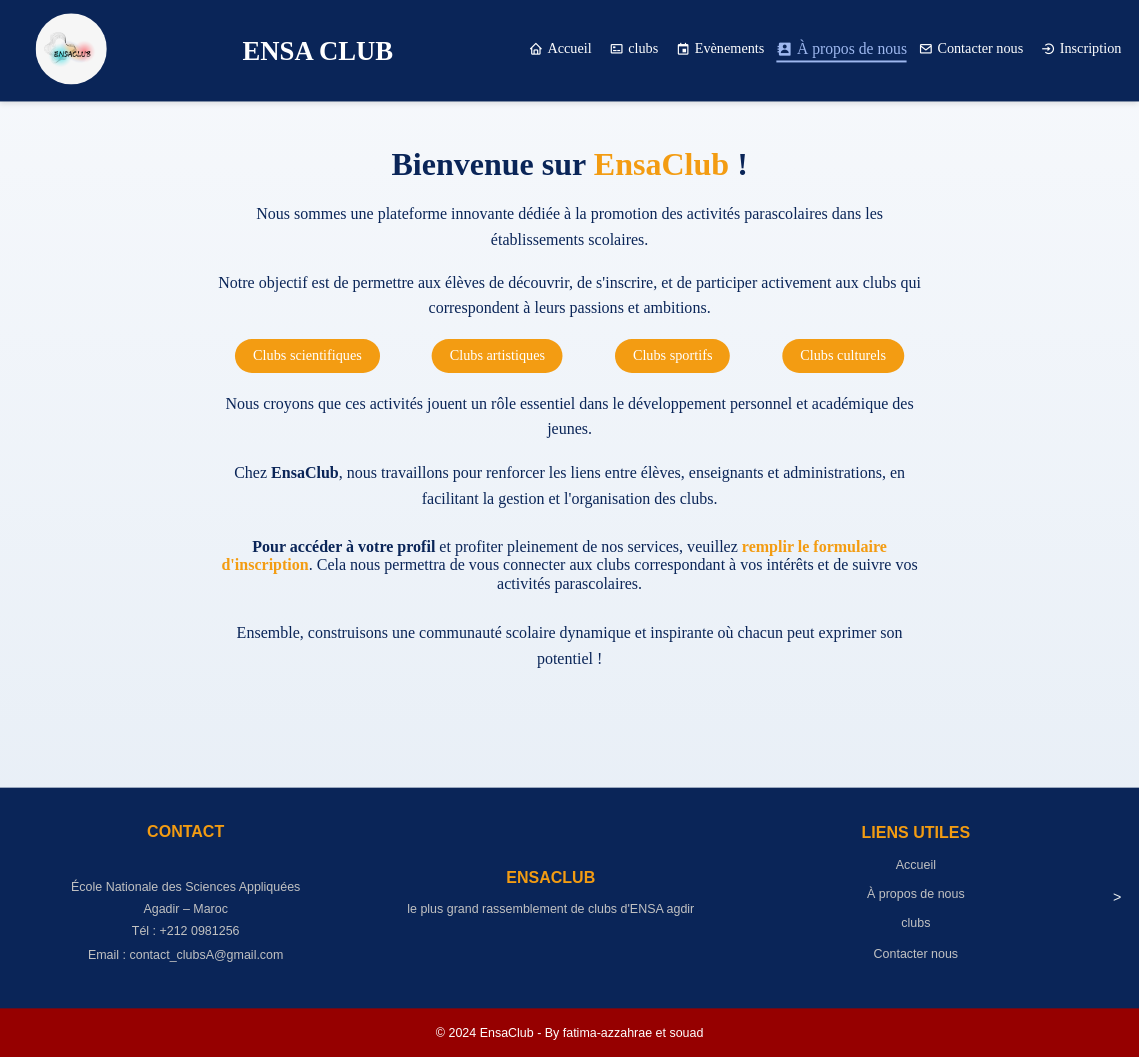
Repository: fati-smart/ENSAclub
Page: propos.html
An editor plug-in stored every save of this project. The page is shown before and after the next save, followed by the edit.
The browser window is 1280 px wide. The pictures show the whole page, at 89% of full size.

Above is the page before, as saved 2024-12-02 19:23:00.

### propos.html
<!DOCTYPE html>
<html lang="fr">

<head>
  <meta charset="UTF-8">
  <meta name="viewport" content="width=device-width, initial-scale=1.0">
  <link href='https://unpkg.com/boxicons@2.1.4/css/boxicons.min.css' rel="stylesheet" />
  <link rel="stylesheet" href="style.css">
  <title>à propos de nous</title>
</head>

<body>
  <header class="header">
    <div><img src="logo.png" alt="logo"></div>
    <div class="titre"><a href="index.html"><p>ENSA CLUB</p></a></div>
    <nav>
      <ul>

        <li><a href="index.html">
          <i class='bx bx-home'></i></i>Accueil</a></li>
          <li><a href="club.html">
            <i class='bx bx-credit-card-front'></i>clubs</a></li>
          <li><a href="evenement.html">
            <i class='bx bx-calendar-event' ></i>Evènements</a></li>
          <li><a href="propos.html" class="active">
            <i class='bx bxs-contact'></i>À propos de nous</a></li>
          <li><a href="Contact.html">
            <i class='bx bx-envelope'></i>Contacter nous</a></li>
          <li><a href="inscrip.html">
            <i class='bx bx-log-in-circle'></i>Inscription</a></li>
      </ul>

    </nav>
</header>

<section class="propos">
  <div class="propos-container">
    <h1 class="propos-title">Bienvenue sur <span>EnsaClub</span> !</h1>
    <p class="propos-intro">
      Nous sommes une plateforme innovante dédiée à la promotion des activités parascolaires dans les établissements scolaires.
    </p>
    <p class="propos-objective">
      Notre objectif est de permettre aux élèves de découvrir, de s'inscrire, et de participer activement aux clubs qui correspondent à leurs passions et ambitions.
    </p>
    <ul class="propos-list">
      <li>Clubs scientifiques</li>
      <li>Clubs artistiques</li>
      <li>Clubs sportifs</li>
      <li>Clubs culturels</li>
    </ul>
    <p class="propos-message">
      Nous croyons que ces activités jouent un rôle essentiel dans le développement personnel et académique des jeunes.
    </p>
    <p class="propos-mission">
      Chez <strong>EnsaClub</strong>, nous travaillons pour renforcer les liens entre élèves, enseignants et administrations,
      en facilitant la gestion et l'organisation des clubs.
    </p>
    <p class="propos-call-to-action">
      <strong>Pour accéder à votre profil</strong> et profiter pleinement de nos services, veuillez
      <a href="inscrip.html" class="propos-link">remplir le formulaire d'inscription</a>. Cela nous permettra de vous connecter
      aux clubs correspondant à vos intérêts et de suivre vos activités parascolaires.
    </p>
    <p class="propos-footer">
      Ensemble, construisons une communauté scolaire dynamique et inspirante où chacun peut exprimer son potentiel !
    </p>
  </div>
</section>


  <footer class="footer">
    <div class="footer-container">
        <div class="footer-content">
          <ul>
            <h3>CONTACT</h3><br />
            <p>École Nationale des Sciences Appliquées<br /> Agadir – Maroc<br />
            Tél : +212 0981256<br />
            Email : contact_clubsA@gmail.com<br />
          </p>
          </ul>
        </div>
        <div class="footer-section-info">
          <ul>
            <h3>EnsaClub</h3>
          <p> le plus grand rassemblement de clubs d'ENSA agdir </p>
          </ul>
        </div>
        <div class="footer-content">
          <h3>Liens utiles</h3>

              <p><a href="index.html">Accueil</a></p>
              <p><a href="propos.html">À propos de nous</a>
              <p><a href="club.html">clubs</a></p>
              <p><a href="Contact.html">Contacter nous</a></p>

      </div>>
    </div>
    <div class="footer-bottom">
      <p>© 2024 EnsaClub - By fatima-azzahrae et souad</p>
    </div>
</footer>
</body>

</html>

### style.css
* {
  margin: 0;
  padding: 0;
  box-sizing: border-box;
}

body {
  font-family: cursive;
  background-color: #f5f6fa;
  overflow-x: hidden;
  background: linear-gradient(to bottom, #f7f9fc, #e4ecf5);
}

/*******************************************HEADER************************************************/
.header {
  background-color: #0A2558;
  color: white;
  display: flex;
  align-items: center;
  justify-content: space-between;
  padding: 15px 20px;
  box-shadow: 0 4px 6px rgba(0, 0, 0, 0.1);
}

.header img {
  margin-left: 20px;
  width: 80px;
  height: 80px;
  border-radius: 50%;
}

.header .titre a {
  text-decoration: none;
  color: white;
  font-size: 26px;
  font-weight: bold;
}

nav ul {
  list-style: none;
  display: flex;
  gap: 20px;
}

nav ul li a {
  color: white;
  text-decoration: none;
  font-size: 16px;
  display: flex;
  align-items: center;
  gap: 5px;
  transition: color 0.3s ease-in-out;
}
.header .titre p{
  font-size: 30px;
  font-weight: bold;
  color: #ffffff;
  margin: 0;
}

nav ul li a:hover {
  color: #9eb8ef;
}

nav ul li a.active {
  border-bottom: 2px solid #9eb8ef;
  padding-bottom: 3px;
  color: #9eb8ef;
  transform: scale(1.1);

}
/*************************************section CLUB***********************************************/
.club{
  margin-top: 50px;
  display: flex;
  align-items: center;
  justify-content: center;
  flex-wrap: wrap;
}

.club .carteClub{
  width: 350px;
  height: 420px;
  background-color: #e9ebed;
  border-radius: 12px;
  margin-left: 30px;
  margin-right: 30px;
  box-shadow: 0 4px 6px rgba(0, 0, 0, 0.1);
  position: relative;
}

.club .carteClub .imageClub {
  width: 100%;
  height: 45%;
  margin-left: 15px;
  margin-right: 15px;
  align-items: center;
}

.club .carteClub .imageClub img{
  width: 90%;
  height: 90%;
  margin-top: 10px;
  border-radius: 12px;
}

.club .carteClub .text{
  width: 90%;
  height: 90%;
  margin-left: 10px;
  text-align: center;
}

.club .carteClub .text p{
  text-align: left;
}

.club .carteClub .text strong{
  font-size: 25px;
  font-family: 'Franklin Gothic Medium', 'Arial Narrow', Arial, sans-serif;
  color: #0A2558;
}

.club .carteClub .text .jointure{
  color: #143c85d7;
}

.carteClub button {
  position: absolute;
  bottom: 10px;
  right: 15px;
  padding: 10px 20px;
  background-color: #ff1100;
  color: #fff;
  border: none;
  border-radius: 5px;
  cursor: pointer;
  width: 90px;
}

.carteClub button:hover {
  background-color: #d91103e0;
  transform: scale(1.1);

}

/****************************************section EVENMENT****************************************/
.event {
  display: flex;
  flex-wrap: wrap;
  justify-content: center;
  padding: 20px;
  margin-top: 30px;
  align-items: center;
  border-radius: 12px;
  gap:  40px 15px;
  max-width: 1400px;

}

.carteEvent {
  width: 340px;
  display: flex;
  flex-direction: column;
  height: 200px;
  background: #fff;
  border-radius: 10px;
  box-shadow: 0 4px 8px rgba(0, 0, 0, 0.1);
  overflow: hidden;
  transition: height 0.3s ease, box-shadow 0.3s ease;
  padding: 10px;
  position: relative;
  text-align: center;
  margin-left: 20px;
  margin-right: 20px;
  margin-top: 20px;
  margin-bottom: 20px;

}

.carteEvent:hover {
  box-shadow: 0 6px 12px rgba(0, 0, 0, 0.15);
}

.carteEvent .titreC {
  margin-bottom: 7px;
  margin-top: 7px;
}

.carteEvent .titreC strong{
  font-size: 19.2px;
  font-weight: bold;
  color: #007bff;
}

.carteEvent .titre {
  margin-bottom: 7px;
}

.carteEvent strong{
  color: #ff1100;
}

.carteEvent .dets {
  text-align: left;
}

.carteEvent .dets strong{
  color: #000000;
}

.carteEvent .dets a{
  text-decoration: none;
  color:#09b32d ;
}

.carteEvent .dets a:hover{
  color:#00ff37 ;
  font-size: 16px;
}
/****************************************INSCRIPTION**********************************************/
.inscription {
  padding: 50px 20px;
  display: flex;
  justify-content: center;
  align-items: center;
}

.formulaire {
  background: #ffffff;
  border-radius: 10px;
  box-shadow: 0px 4px 10px rgba(0, 0, 0, 0.1);
  padding: 30px;
  max-width: 500px;
  width: 100%;
  animation: fadeIn 1s ease-in-out;
}

.titre-formulaire {
  font-size: 24px;
  font-weight: bold;
  text-align: center;
  color: #0A2558;
  margin-bottom: 20px;
}

.form-group {
  margin-bottom: 20px;
}

.form-group label {
  font-size: 16px;
  color: #0A2558;
  display: block;
  margin-bottom: 5px;
}

.form-group input {
  width: 100%;
  padding: 10px;
  font-size: 16px;
  border: 1px solid #ddd;
  border-radius: 5px;
  outline: none;
  transition: border-color 0.3s;
}

.form-group input:focus {
  border-color: #f39c12;
}

.btn-submit {
  background-color: #0A2558;
  color: #ffffff;
  padding: 12px 20px;
  font-size: 16px;
  border: none;
  border-radius: 25px;
  cursor: pointer;
  width: 100%;
  margin-top: 10px;
  transition: background-color 0.3s, transform 0.3s;
}

.btn-submit:hover {
  background-color: #072042;
  transform: translateY(-3px);
}

.lien-membre {
  text-align: center;
  margin-top: 20px;
  font-size: 14px;
  color: #0A2558;
}

.lien-membre a {
  color: #f39c12;
  text-decoration: none;
  font-weight: bold;
}

.lien-membre a:hover {
  text-decoration: underline;
}

@keyframes fadeIn {
  from {
    opacity: 0;
    transform: translateY(20px);
  }
  to {
    opacity: 1;
    transform: translateY(0);
  }
}

@media (max-width: 768px) {
  .formulaire {
    padding: 20px;
  }

  .btn-submit {
    font-size: 14px;
  }
}


/**********************************************login***********************************************/
.connexion {
  padding: 50px 20px;
  display: flex;
  justify-content: center;
  align-items: center;
}

.logFormulaire {
  background: #ffffff;
  border-radius: 10px;
  box-shadow: 0px 4px 10px rgba(0, 0, 0, 0.1);
  padding: 30px;
  max-width: 400px;
  width: 100%;
  animation: fadeIn 1s ease-in-out;
}

.titre-logFormulaire {
  font-size: 24px;
  font-weight: bold;
  text-align: center;
  color: #0A2558;
  margin-bottom: 20px;
}

.form-group {
  margin-bottom: 20px;
}

.form-group label {
  font-size: 16px;
  color: #0A2558;
  display: block;
  margin-bottom: 5px;
}

.form-group input {
  width: 100%;
  padding: 10px;
  font-size: 16px;
  border: 1px solid #ddd;
  border-radius: 5px;
  outline: none;
  transition: border-color 0.3s;
}

.form-group input:focus {
  border-color: #f39c12;
}

.btn-submit {
  background-color: #0A2558;
  color: #ffffff;
  padding: 12px 20px;
  font-size: 16px;
  border: none;
  border-radius: 25px;
  cursor: pointer;
  width: 100%;
  margin-top: 10px;
  transition: background-color 0.3s, transform 0.3s;
}

.btn-submit:hover {
  background-color: #072042;
  transform: translateY(-3px);
}

.lien-nouveau {
  text-align: center;
  margin-top: 20px;
  font-size: 14px;
  color: #0A2558;
}

.lien-nouveau a {
  color: #f39c12;
  text-decoration: none;
  font-weight: bold;
}

.lien-nouveau a:hover {
  text-decoration: underline;
}

@keyframes fadeIn {
  from {
    opacity: 0;
    transform: translateY(20px);
  }
  to {
    opacity: 1;
    transform: translateY(0);
  }
}

@media (max-width: 768px) {
  .logFormulaire {
    padding: 20px;
  }

  .btn-submit {
    font-size: 14px;
  }
}

/*********************************************PROFIL**********************************************/
.profil {
  max-width: 800px;
  margin: 50px auto;
  padding: 20px;
  background: #fff;
  box-shadow: 0 4px 8px rgba(0, 0, 0, 0.276);
  border-radius: 10px;
}

.section-title {
  font-size: 28px;
  color: #2c3e50;
  text-align: center;
  margin-bottom: 20px;
}

.form-title {
  font-size: 20px;
  color: #34495e;
  margin-bottom: 15px;
}

.form-subtitle {
  font-size: 18px;
  color: #7f8c8d;
  margin-bottom: 10px;
}

.profile-section {
  display: flex;
  align-items: center;
  gap: 20px;
  margin-bottom: 30px;
  border-bottom: 1px solid #ddd;
  padding-bottom: 20px;
}

.profile-picture img {
  width: 120px;
  height: 120px;
  border-radius: 50%;
  object-fit: cover;
  border: 3px solid #db343442;
}

.profile-info .profile-name {
  font-size: 18px;
  font-weight: bold;
  color: #34495e;
}

.profile-info .profile-email {
  font-size: 14px;
  color: #555;
}

.forms-profil {
  display: flex;
  flex-wrap: wrap;
  gap: 30px;
}

.account-info,
.security-settings {
  flex: 1;
  min-width: 300px;
}

.form-group {
  margin-bottom: 15px;
}

.form-group label {
  display: block;
  font-size: 14px;
  color: #555;
  margin-bottom: 5px;
}

.form-group input {
  width: 100%;
  padding: 10px;
  border: 1px solid #ddd;
  border-radius: 5px;
  font-size: 14px;
  background-color: #f9f9f9;
}

.form-group input:focus {
  outline: none;
  border-color: #3498db;
  box-shadow: 0 0 5px rgba(52, 152, 219, 0.5);
}

.save-button {
  background-color: #3498db;
  color: #fff;
  padding: 10px 20px;
  border: none;
  border-radius: 5px;
  cursor: pointer;
  font-size: 14px;
  display: inline-block;
}

.save-button:hover {
  background-color: #2980b9;
}

.clubs-section .club-name {
  font-size: 16px;
  color: #2c3e50;
  margin-left: 10px;
}

.clubs-table {
  width: 100%;
  border-collapse: collapse;
  margin-top: 20px;
}

th, td {
  border: 1px solid #ddd;
  padding: 8px;
  text-align: center;
}

th {
  background-color: #f4f4f4;
  font-weight: bold;
}

.delete-btn {
  background-color: #e74c3c;
  color: white;
  border: none;
  padding: 5px 10px;
  cursor: pointer;
  border-radius: 3px;
}

.delete-btn:hover {
  background-color: #c0392b;
}
i.bx.bx-chevrons-left {
  margin-top: 20px;
  margin-left: 20px;
  font-size: 80px;
  color: #0742b1;
  transition: color 0.3s, transform 0.3s;
}

i.bx.bx-chevrons-left:hover {
  color: #2980b9;
  transform: translateX(-5px);
}



/********************************a propos de nous************************************************/
.propos {
  padding: 50px 20px;
  color: #0A2558;
}

.propos-container {
  max-width: 800px;
  margin: 0 auto;
  text-align: center;
  animation: fadeIn 1s ease-in-out;
}

.propos-title {
  font-size: 36px;
  font-weight: bold;
  margin-bottom: 20px;
  color: #0A2558;
}

.propos-title span {
  color: #f39c12;
}

.propos-intro, .propos-objective, .propos-message, .propos-mission, .propos-footer {
  font-size: 18px;
  line-height: 1.6;
  margin-bottom: 20px;
}

.propos-list {
  list-style: none;
  padding: 0;
  margin: 20px 0;
  display: flex;
  justify-content: space-around;
  flex-wrap: wrap;
  gap: 10px;
}

.propos-list li {
  background: #f39c12;
  color: white;
  padding: 10px 20px;
  border-radius: 20px;
  font-size: 16px;
}

.propos-call-to-action {
  font-size: 18px;
  margin: 30px 0;
}

.propos-link {
  color: #f39c12;
  font-weight: bold;
  text-decoration: none;
}

.propos-link:hover {
  text-decoration: underline;
}

@keyframes fadeIn {
  from {
    opacity: 0;
    transform: translateY(20px);
  }
  to {
    opacity: 1;
    transform: translateY(0);
  }
}

/********************************************FOOTER*************************************************/
.footer {
  background-color: #0A2558;
  margin-top: 60px;
  color: #ecf0f1;
  font-family: Arial, sans-serif;
  text-align: center;
  padding: 0; /* Supprime les espaces autour */
}

.footer-container {
  display: flex;
  justify-content: space-around;
  align-items: center; /* Centre verticalement les contenus */
  flex-wrap: wrap;
  padding: 40px 20px; /* Augmente l'espacement interne */
  gap: 33px; /* Ajoute de l'espace entre les sections */
}

.footer-content,
.footer-section-info {
  flex: 1; /* S'adapte à l'espace disponible */
  min-width: 300px;
  text-align: center; /* Centre horizontalement le texte */
  color: #c2c2c2;
}

.footer h3 {
  font-size: 18px;
  font-weight: bold;
  text-transform: uppercase;
  margin-bottom: 12px; /* Augmente l'espace sous le titre */
  color: #f39c12;
}

.footer p {
  font-size: 14px;
  line-height: 1.8; /* Augmente l'espacement entre les lignes */
  margin: 8px 0;
}

.footer a {
  color: #c2c2c2;
  text-decoration: none;
}

.footer a:hover {
  text-decoration: underline;
}

.footer-bottom {
  background-color: #960000;
  color: white;
  padding: 15px; /* Augmente l'espacement interne du footer-bottom */
  font-size: 12px;

  margin-top: 0; /* Supprime les marges entre le container et le footer-bottom */
}

.footer-bottom p {
  margin: 0; /* Supprime les marges supplémentaires */
  text-align: center;
}


/*****************************************CONTACT***************************************************/
.contact {
  padding: 40px 20px;
  text-align: center;
}

.contact-fieldset {
  border: 2px solid #0A2558;
  border-radius: 10px;
  padding: 30px;
  max-width: 600px;
  margin: 0 auto;
  box-shadow: 0px 4px 10px rgba(0, 0, 0, 0.1);
  background: #ffffff;
}

.contact-legend {
  font-size: 24px;
  font-weight: bold;
  color: #0A2558;
  padding: 0 10px;
  background: #f39c12;
  color: #ffffff;
  border-radius: 5px;
}

.form-group {
  margin-bottom: 20px;
  text-align: left;
}

.form-group label {
  font-size: 16px;
  color: #0A2558;
  display: block;
  margin-bottom: 5px;
}

.form-group input,
.form-group textarea {
  width: 100%;
  padding: 10px;
  font-size: 16px;
  border: 1px solid #ddd;
  border-radius: 5px;
  outline: none;
  transition: border-color 0.3s;
}

.form-group input:focus,
.form-group textarea:focus {
  border-color: #f39c12;
}

.btn-submit {
  background-color: #0A2558;
  color: #ffffff;
  padding: 12px 25px;
  font-size: 16px;
  border: none;
  border-radius: 25px;
  cursor: pointer;
  transition: background-color 0.3s, transform 0.3s;
}

.btn-submit:hover {
  background-color: #072042;
  transform: translateY(-3px);
}

@media (max-width: 768px) {
  .contact-fieldset {
    padding: 20px;
  }

  .btn-submit {
    width: 100%;
  }
}

After the next save:
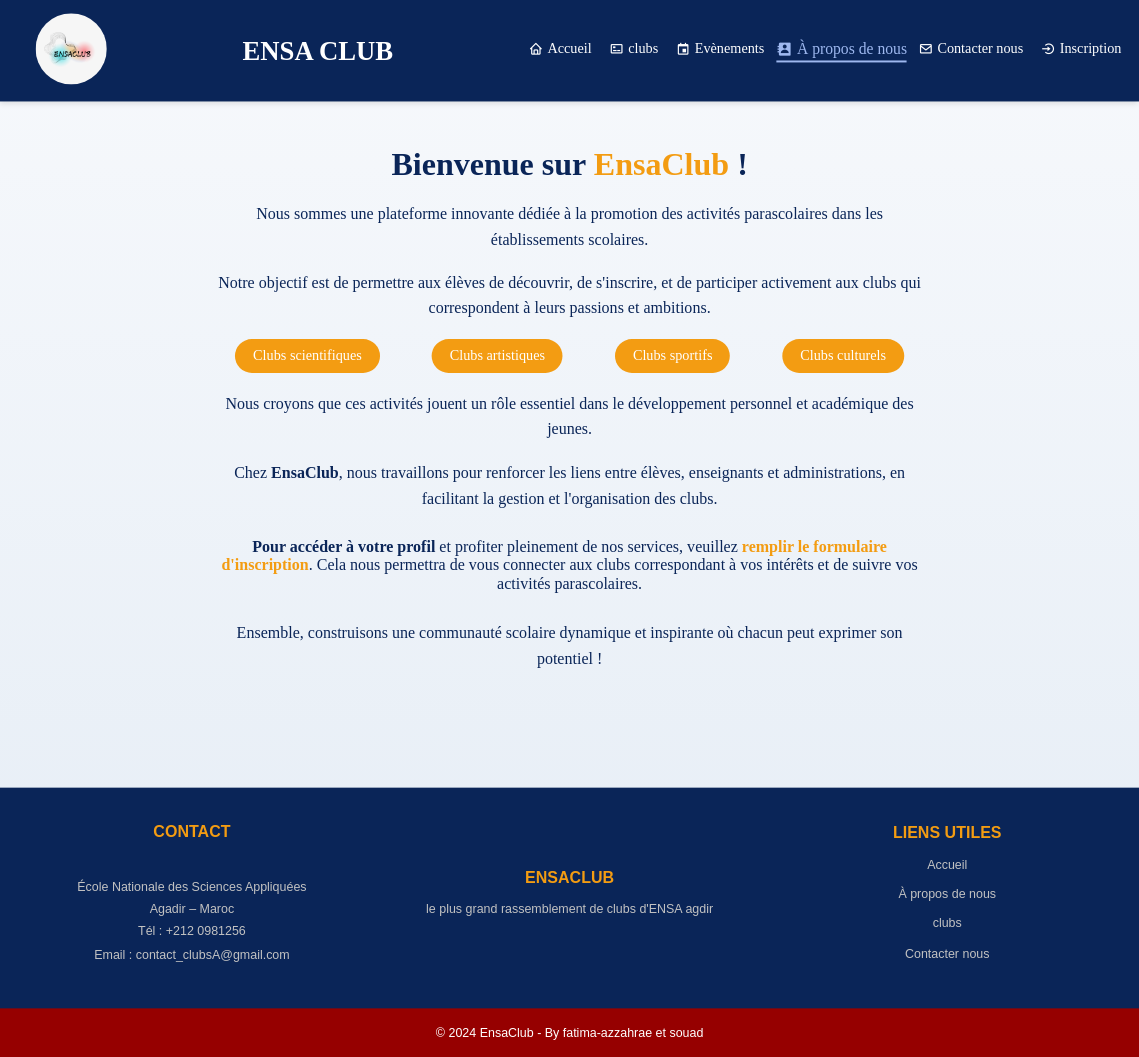
Saved 50 s later.
--- a/propos.html
+++ b/propos.html
@@ -92,7 +92,7 @@
               <p><a href="club.html">clubs</a></p>
               <p><a href="Contact.html">Contacter nous</a></p>
 
-      </div>>
+      </div>
     </div>
     <div class="footer-bottom">
       <p>© 2024 EnsaClub - By fatima-azzahrae et souad</p>
